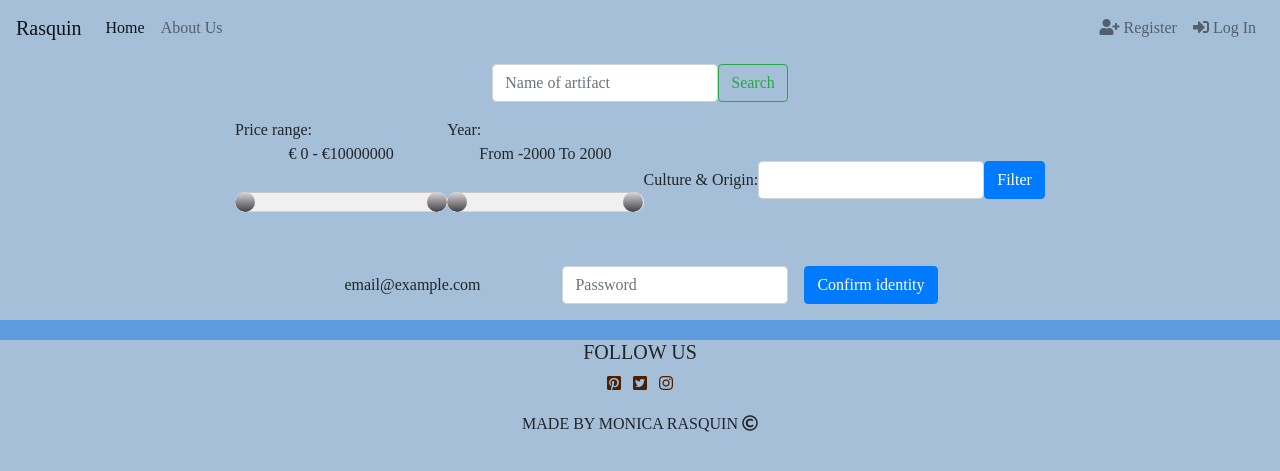
Repository: Rasquin/auction
Page: templates/base.html
The author's editor kept a record of every edit. The page is drawn from the files as they stood at one moment, then again after the next edit.
The browser window is 1280 px wide. The pictures show the whole page.
The template is drawn by Django 2.2. The application's start-up code is not run. Other server files are loaded and not shown. The template is opened directly, without the code that normally fills it, so the values that code supplies are empty.

Above is the page before.

### templates/base.html
<!DOCTYPE html>

{% load staticfiles %}

<html lang="en">

<head>
    <meta charset="UTF-8">
    <meta name="viewport" content="width=device-width, initial-scale=1.0">
    <meta http-equiv="X-UA-Compatible" content="ie=edge">

    <!-- Bootstrap compiled and minified CSS -->
    <link rel="stylesheet" href="https://stackpath.bootstrapcdn.com/bootstrap/4.3.1/css/bootstrap.min.css" integrity="sha384-ggOyR0iXCbMQv3Xipma34MD+dH/1fQ784/j6cY/iJTQUOhcWr7x9JvoRxT2MZw1T" crossorigin="anonymous">

    <!-- Font Awesome compiled and minified CSS -->
    <link rel="stylesheet" href="{% static 'font-awesome/css/all.css' %}">



    <!-- Own CSS -->
    <link rel="stylesheet" href="{% static 'css/mystyle.css' %}" type="text/css" />


    <!-- Own Scripts -->
    <script type="text/javascript" src="{% static 'js/myscript.js' %}"></script>

    <title>{% block page_title %}{% endblock %}</title>

</head>


<body>
    <!-- NavBar area -->
    <nav class="navbar navbar-expand-lg navbar-light bg-light">
        <!-- NavBar Brand-->
        <a class="navbar-brand" href="#">Rasquin</a>
        <button class="navbar-toggler" type="button" data-toggle="collapse" data-target="#navbarSupportedContent" aria-controls="navbarSupportedContent" aria-expanded="false" aria-label="Toggle navigation">
            <span class="navbar-toggler-icon"></span>
        </button>

        <div class="collapse navbar-collapse" id="navbarSupportedContent">
            <!-- NavBar Home & ABout-->
            <ul class="navbar-nav mr-auto">
                <li class="nav-item active">
                    <a class="nav-link" href="{% url 'index' %}">Home <span class="sr-only">(current)</span></a>
                </li>
                <li class="nav-item">
                    <a class="nav-link" href="{% url 'about' %}">About Us</a>
                </li>

            </ul>
            <!-- NavBar User status-->
            <ul class="navbar-nav navbar-right">
                    {% if user.is_authenticated %}
                        <li class="nav-item">
                            <a class="nav-link" href="{% url 'profile' %}"><i class="fa fa-user"></i> Profile</a>
                        </li>
                        <li class="nav-item">
                            <a class="nav-link" href="{% url 'logout' %}"><i class="fa fa-sign-out-alt"></i> Log Out</a>
                        </li>
                        <li class="nav-item">
                            <a class="nav-link" href="{% url 'view_my_biddings' %}"><i class="fas fa-gavel"></i>My Biddings </a>
                        </li>
                    {%  else %}
                        <li class="nav-item">
                            <a class="nav-link" href="{% url 'register' %}"><i class="fa fa-user-plus"></i> Register</a>
                        </li>
                        <li class="nav-item">
                            <a class="nav-link" href="{% url 'login' %}"><i class="fa fa-sign-in-alt"></i> Log In</a>
                        </li>
                    {% endif %}
                </ul>
        </div>
    </nav>

    <!-- Search & Filter area -->

    <!-- Search -->
    <nav class="navbar navbar-light bg-light justify-content-center">
        <form action="{% url 'search_by_name' %}" method="get" class="form-inline ">
            {% csrf_token %}
            <input type="text" class="form-control" id="artifact_name" name="artifact_name" required placeholder="Name of artifact">
            <button class="btn btn-outline-success  my-2 my-sm-0" type="search">Search</button>
        </form>
    </nav>


    <!-- Filters -->

    <nav class="navbar navbar-light bg-light justify-content-center">
        <form action="{% url 'filters' %}" method="get" class="form-inline">
            {% csrf_token %}
            <!-- Price Filter -->
            <div class="form-group mb-2" >
                <label for="amount">Price range:</label>

                <div class="col-12">
                    <section class="range-slider-price range-slider">
                        <span class="rangePriceValues rangeValues"></span>
                        <input value="0" min="0" max="10000000" step="5000" type="range" name="min_price">
                        <input value="10000000" min="0" max="10000000" step="5000" type="range" name="max_price">
                    </section>
                </div>
            </div>
            <!-- Year Filter -->
            <div class="form-group mb-2" >
                <label  for="amount">Year:</label>

                <div class="col-12">
                    <section class="range-slider-year range-slider">

                        <span class="rangeYearValues"></span>
                        <input value="-2000" min="-2000" max="2020" step="200" type="range" name="min_year">
                        <input value="2020" min="-2000" max="2020" step="200" type="range" name="max_year">
                    </section>
                </div>
            </div>
            <!-- Origin Filter -->
            <div class="form-group mb-2">
                <label for="origin">Culture & Origin:</label>
                <input type="text" class="form-control" id="artifact_origin" name="artifact_origin">
            </div>
            <!-- Filter Button -->

                <button class="btn btn-primary mb-2" type="search">Filter</button>


        </form>
    </nav>

    <nav class="navbar navbar-light bg-light justify-content-center">    <form class="form-inline">
            <div class="form-group mb-2">
                <label for="staticEmail2" class="sr-only">Email</label>
                <input type="text" readonly class="form-control-plaintext" id="staticEmail2" value="email@example.com">
            </div>
            <div class="form-group mx-sm-3 mb-2">
                <label for="inputPassword2" class="sr-only">Password</label>
                <input type="password" class="form-control" id="inputPassword2" placeholder="Password">
            </div>
            <button type="submit" class="btn btn-primary mb-2">Confirm identity</button>
        </form>
   </nav>

    {% block filter %}{% endblock %}

    <!-- Messages area -->
{% if messages %}
<div class="alert alert-success">
        <div class="messages">
            {% for message in messages %}
                {{ message }}
            {% endfor %}
        </div>
    </div>
{% endif %}

    <!-- Content area -->
    <div class="container-general">

        <!-- Block content area -->
        <div class="container-fluid">
            {% block content %} {% endblock %}
        </div>

    </div>

    <!-- Footer area -->
    <footer class="container-fluid">


        <!-- SOCIAL MEDIA-->
        <div class="row ">
            <div class="col-12 text-center">
                <h5 class="text-uppercase">Follow Us</h5>
                <ul class="list-inline social-links">
                    <li class="list-inline-item"><a href="#"><i class="fab fa-pinterest-square"  aria-hidden="true"></i></a></li>
                    <li class="list-inline-item"><a href="#"><i class="fab fa-twitter-square" aria-hidden="true"></i></a></li>
                    <li class="list-inline-item"><a href="#"><i class="fab fa-instagram" aria-hidden="true"></i></a></li>
                </ul>
            </div>
        </div>

        <!--COPYRIGHT-->
        <div class="row ">
            <div class="col-12">

                <p class="text-center text-uppercase">Made by Monica Rasquin <i class="far fa-copyright"></i> </p>
            </div>
        </div>
    </footer>


    <!-- Bootstrap compiled and minified JavaScript -->
    <script src="https://code.jquery.com/jquery-3.3.1.slim.min.js" integrity="sha384-q8i/X+965DzO0rT7abK41JStQIAqVgRVzpbzo5smXKp4YfRvH+8abtTE1Pi6jizo" crossorigin="anonymous"></script>
    <script src="https://cdnjs.cloudflare.com/ajax/libs/popper.js/1.14.7/umd/popper.min.js" integrity="sha384-UO2eT0CpHqdSJQ6hJty5KVphtPhzWj9WO1clHTMGa3JDZwrnQq4sF86dIHNDz0W1" crossorigin="anonymous"></script>
    <script src="https://stackpath.bootstrapcdn.com/bootstrap/4.3.1/js/bootstrap.min.js" integrity="sha384-JjSmVgyd0p3pXB1rRibZUAYoIIy6OrQ6VrjIEaFf/nJGzIxFDsf4x0xIM+B07jRM" crossorigin="anonymous"></script>
    {% block head_js %} {% endblock %}

</body>
</html>

### static/js/myscript.js
//--------------------------------------Slider for Prices filter
function getPriceVals() {
    // Get slider price values
    var parent = this.parentNode;
    var slides = parent.getElementsByTagName("input");
    var slide1 = parseFloat(slides[0].value);
    var slide2 = parseFloat(slides[1].value);
    // Neither slider will clip the other, so make sure we determine which is larger
    if (slide1 > slide2) { var tmp = slide2;
        slide2 = slide1;
        slide1 = tmp; }

    var displayElement = parent.getElementsByClassName("rangePriceValues")[0];
    displayElement.innerHTML = "€ " + slide1 + " - €" + slide2;
}

//--------------------------------------Slider for Year filter
function getYearVals() {
    // Get Year slider values
    var parent = this.parentNode;
    var slides = parent.getElementsByTagName("input");
    var slide1 = parseFloat(slides[0].value);
    var slide2 = parseFloat(slides[1].value);
    // Neither slider will clip the other, so make sure we determine which is larger
    if (slide1 > slide2) { var tmp = slide2;
        slide2 = slide1;
        slide1 = tmp; }

    var displayElement = parent.getElementsByClassName("rangeYearValues")[0];
    displayElement.innerHTML = "From " + slide1 + " To " + slide2;
}

//----------------------------------------------- Initialize Sliders
window.onload = function() {
    // For Price
    var sliderSectionsPrice = document.getElementsByClassName("range-slider-price");
    for (var x = 0; x < sliderSectionsPrice.length; x++) {
        var slidersPrice = sliderSectionsPrice[x].getElementsByTagName("input");
        for (var y = 0; y < slidersPrice.length; y++) {
            if (slidersPrice[y].type === "range") {
                slidersPrice[y].oninput = getPriceVals;
                // Manually trigger event first time to display values
                slidersPrice[y].oninput();
            }
        }
    }
    // For Year
    var sliderSectionsYear = document.getElementsByClassName("range-slider-year");
    for (var x = 0; x < sliderSectionsYear.length; x++) {
        var slidersYear = sliderSectionsYear[x].getElementsByTagName("input");
        for (var y = 0; y < slidersYear.length; y++) {
            if (slidersYear[y].type === "range") {
                slidersYear[y].oninput = getYearVals;
                // Manually trigger event first time to display values
                slidersYear[y].oninput();
            }
        }
    }
}

Loaded but not shown: static/font-awesome/css/all.css (library); static/css/mystyle.css (common file)

After the next edit:
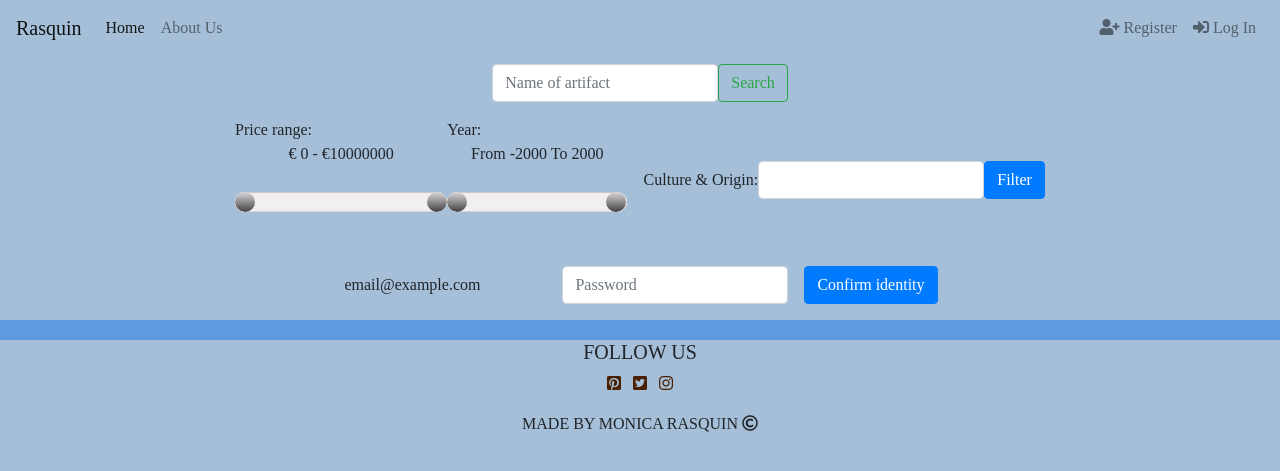
The edit:
--- a/templates/base.html
+++ b/templates/base.html
@@ -106,7 +106,7 @@
             <div class="form-group mb-2" >
                 <label  for="amount">Year:</label>
 
-                <div class="col-12">
+                <div class="col-11">
                     <section class="range-slider-year range-slider">
 
                         <span class="rangeYearValues"></span>
